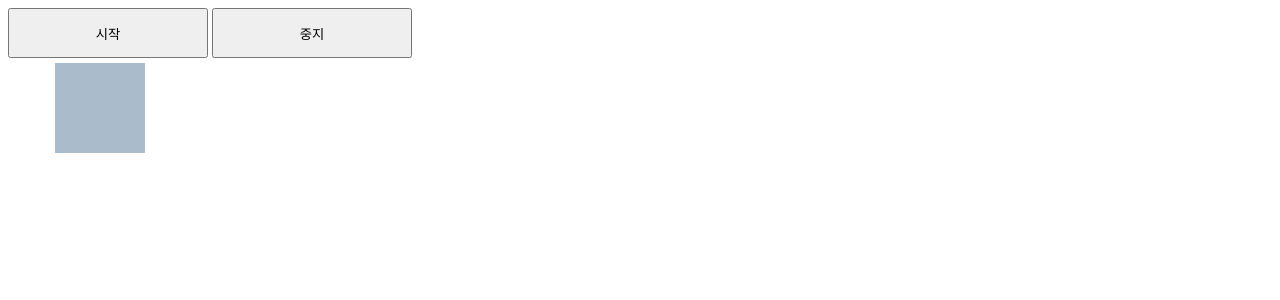
Repository: IreneCho/sk
Page: jqueryTest/WebContent/20160816/animation.html
The author's editor kept a copy of each file at every save. The page is drawn from the files as they stood at one save, then again after the next save.
The browser window is 1280 px wide. The pictures show the whole page.
Some web libraries are served in a nearby version.

Above is the page before, as saved 2016-08-16 07:57:24.

### jqueryTest/WebContent/20160816/animation.html
<!DOCTYPE html>
<html>
<head>
  <style>

 .main{
 	width: 400px;
 	height: 400px;
 	width : 80%;
	height : 80%;
	margin : 0 auto;
	text-align: center;

 	}

	.block {
	  position:absolute;
	  background-color:#abc;
	  left:50px;
	  width:90px;
	  height:90px;
	  margin:5px;
	}

	button{
		width: 200px;
		height: 50px;
	}
</style>
<script src="http://code.jquery.com/jquery-3.1.0.js" integrity="sha256-slogkvB1K3VOkzAI8QITxV3VzpOnkeNVsKvtkYLMjfk=" crossorigin="anonymous"></script>
<script>

nCnt = 0

function fn(){
   my = setInterval( wan, 1000 )
}

function wan(){

   if( nCnt >= 1){

      $(".block").animate({"left": "-=1000px"}, "noraml");
      nCnt++
   }
   else if(nCnt == 10){
      nCnt = 0
   }

  $(".block").animate({"left": "+=1000px"}, "normal");

   nCnt++
}

function fn1(){
   clearInterval(my)
}

</script>
</head>
<body>




<div>
            <button onclick="fn()">시작</button>
            <button onclick="fn1()">중지</button>
</div>
<div class="main">
<div class="block"></div>
</div>


</body>
</html>

After the next save:
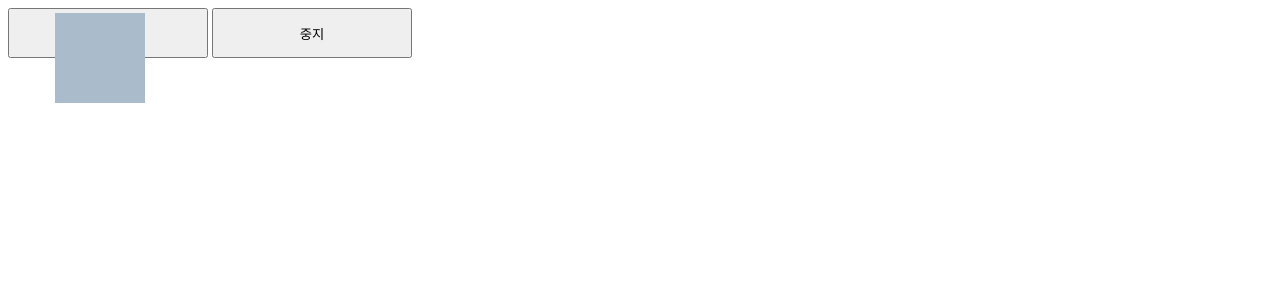
Saved 74 s later.
--- a/jqueryTest/WebContent/20160816/animation.html
+++ b/jqueryTest/WebContent/20160816/animation.html
@@ -60,17 +60,12 @@ function fn1(){
 </head>
 <body>
 
-
-
-
-<div>
-            <button onclick="fn()">시작</button>
-            <button onclick="fn1()">중지</button>
-</div>
 <div class="main">
 <div class="block"></div>
 </div>
-
+	<button onclick="fn()">시작</button>
+	<button onclick="fn1()">중지</button>
+</div>
 
 </body>
 </html>
